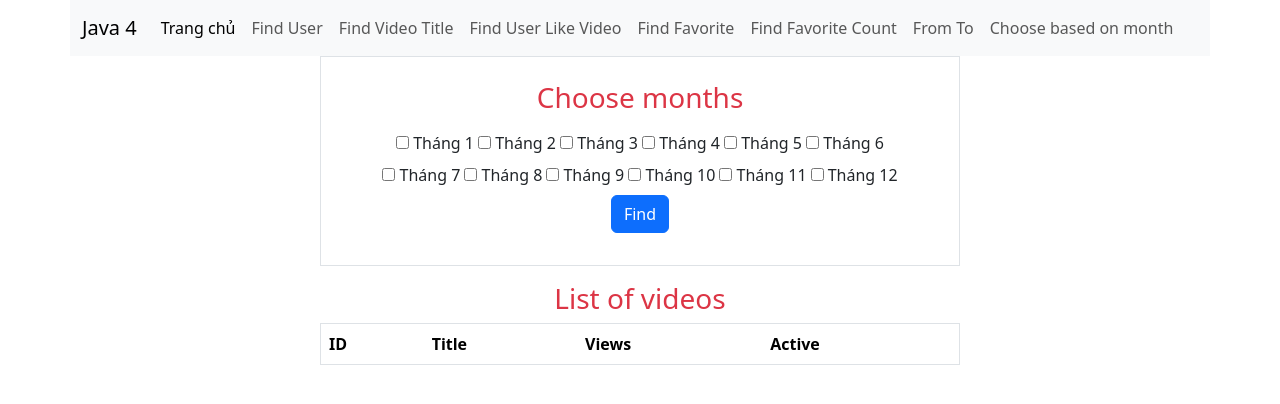
Repository: DanielNine9/java_servlet
Page: http://localhost/lab6/find/choose-month
These files come from the project's save history. The page is drawn as it stood at one moment and after the next save; the edit follows.
The browser window is 1280 px wide. The pictures show the whole page.
The page is served by Tomcat 9.

Above is the page before, as saved 2024-07-17 10:14:00.

After the next save:
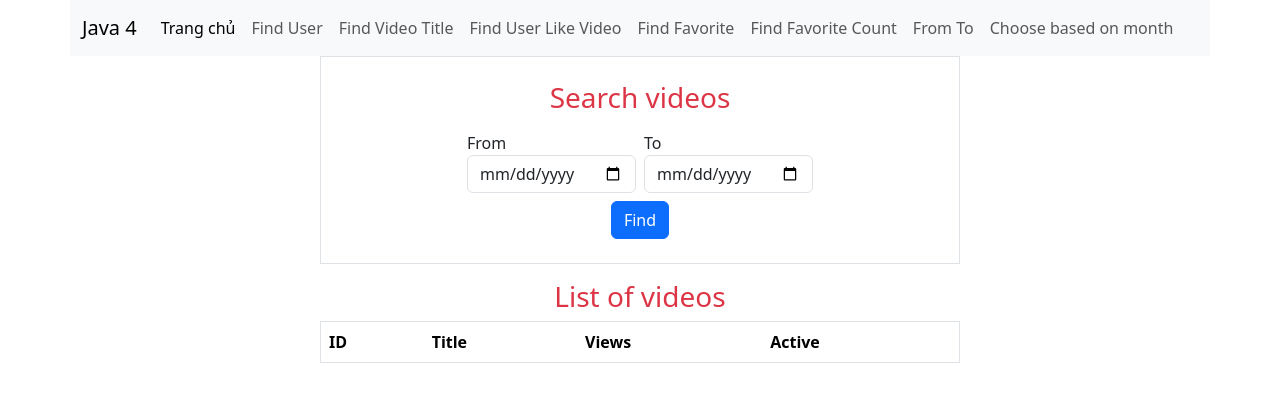
Saved 11 s later.
--- a/lab6/src/main/webapp/lab6/chooseMonth.jsp
+++ b/lab6/src/main/webapp/lab6/chooseMonth.jsp
@@ -16,79 +16,30 @@
 <body>
 
 	<%@include file="../layout/header.jsp"%>
-	<form method="post" action="/lab6/find/choose-month"
-		class="w-50 mx-auto p-4 border">
-		<h3 class="text-center text-danger">Choose months</h3>
-		<div
-			class="d-flex flex-column gap-2 py-2 justify-content-center align-items-center">
-			<div class="d-flex gap-1">
-				<div>
-					<input value="1" name="months" type="checkbox" id="1"> <label for="1">Tháng
-						1</label>
-				</div>
-				<div>
-					<input value="2" name="months" type="checkbox" id="2"> <label for="2">Tháng
-						2</label>
-				</div>
-				<div>
-					<input value="3" name="months" type="checkbox" id="3"> <label for="3">Tháng
-						3</label>
-				</div>
-				<div>
-					<input value="4" name="months" type="checkbox" id="4"> <label for="4">Tháng
-						4</label>
-				</div>
-				<div>
-					<input value="5" name="months" type="checkbox" id="5"> <label for="5">Tháng
-						5</label>
-				</div>
-				<div>
-					<input value="6" name="months" type="checkbox" id="6"> <label for="6">Tháng
-						6</label>
-				</div>
+	<form method="post" action="/lab6/find/from-to" class="w-50 mx-auto p-4 border">
+		<h3 class="text-center text-danger">Search videos</h3>
+		<div class="d-flex gap-2 py-2 justify-content-center">
+			<div>
+				<label>From</label> <input type="date" name="from" class="form-control">
 			</div>
-			<div class="d-flex gap-1">
-				<div>
-					<input value="7" name="months" type="checkbox" id="7"> <label for="7">Tháng
-						7</label>
-				</div>
-				<div>
-					<input value="8" name="months" type="checkbox" id="8"> <label for="8">Tháng
-						8</label>
-				</div>
-				<div>
-					<input value="9" name="months" type="checkbox" id="9"> <label for="9">Tháng
-						9</label>
-				</div>
-				<div>
-					<input value="10" name="months" type="checkbox" id="10"> <label
-						for="10">Tháng 10</label>
-				</div>
-				<div>
-					<input value="11" name="months" type="checkbox" id="11"> <label
-						for="11">Tháng 11</label>
-				</div>
-				<div>
-					<input value="12" name="months" type="checkbox" id="12"> <label
-						for="12">Tháng 12</label>
-				</div>
-			</div>
-			<div class="d-flex justify-content-center">
-				<button class="btn btn-primary">Find</button>
-
+			<div>
+				<label>To</label> <input type="date" name="to" class="form-control">
 			</div>
 		</div>
+		<div class="d-flex justify-content-center">
+			<button class="btn btn-primary">Find</button>
 
+		</div>
 	</form>
-	<div class="mt-3 w-50 mx-auto">
-		<c:if test="${not empty error}">
-			<div class="alert alert-danger">${error}</div>
-		</c:if>
-		<c:if test="${not empty message}">
-			<div class="alert alert-primary">${message}</div>
-		</c:if>
+	 <div class="mt-3 w-50 mx-auto">
+        <c:if test="${not empty error}">
+            <div class="alert alert-danger">${error}</div>
+        </c:if>
+           <c:if test="${not empty message}">
+            <div class="alert alert-primary">${message}</div>
+        </c:if>
 
-	</div>
+    </div>
 	<h3 class="text-danger text-center">List of videos</h3>
 	<table class="w-50 mx-auto table table-striped table-hover" border="1">
 		<thead>
